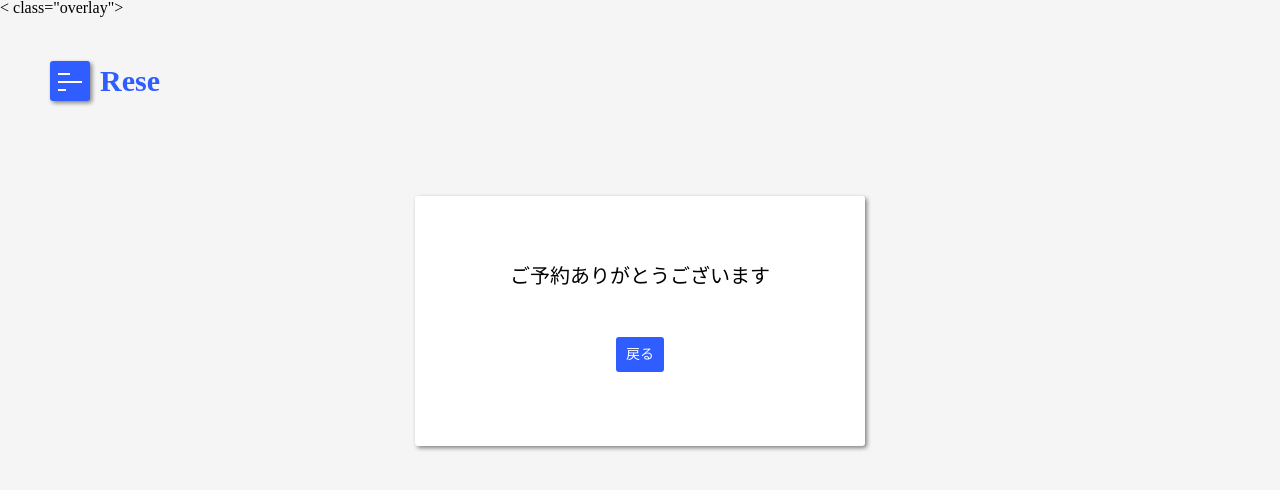
Repository: Haruka-Wada/Rese
Page: http://localhost/done
These files come from the project's save history. The page is drawn as it stood at one moment and after the next save; the edit follows.
The browser window is 1280 px wide. The pictures show the whole page.
The page is served by the project's Laravel application, run on PHP 8.4 with Laravel 8. Other server files are loaded and not shown.

Above is the page before, as saved 2024-10-28 14:34:08.

### src/routes/web.php
<?php

use App\Http\Controllers\ReseController;
use Illuminate\Support\Facades\Route;

/*
|--------------------------------------------------------------------------
| Web Routes
|--------------------------------------------------------------------------
|
| Here is where you can register web routes for your application. These
| routes are loaded by the RouteServiceProvider within a group which
| contains the "web" middleware group. Now create something great!
|
*/

Route::get('/', [ReseController::class, 'index']);
Route::get('/done', [ReseController::class, 'done']);

### src/app/Http/Controllers/ReseController.php
<?php

namespace App\Http\Controllers;

use Illuminate\Http\Request;

class ReseController extends Controller
{
    function index() {
        return view('shop_all');
    }

    function done() {
        return view('done');
    }
}

### src/resources/views/done.blade.php
@extends('layouts.app')

@section('css')
<link rel="stylesheet" href="{{ asset('css/thanks_done.css') }}">
@endsection

@section('main')
<div class="main__container">
    <div class="main__text">
        <p>ご予約ありがとうございます</p>
    </div>
    <div class="main__login">
        <a class="main__login-button" href="./">戻る</a>
    </div>
</div>
@endsection

### src/resources/views/layouts/app.blade.php
<!DOCTYPE html>
<html lang="ja">

<head>
    <meta charset="UTF-8">
    <meta name="viewport" content="width=device-width, initial-scale=1.0">
    <title>Rese</title>
    <link rel="stylesheet" href="{{ asset('css/sanitize.css') }}">
    <link rel="stylesheet" href="{{ asset('css/app.css') }}">
    @yield('css')
    <script src="https://ajax.googleapis.com/ajax/libs/jquery/3.3.1/jquery.min.js"></script>
</head>

<body>
    <header>
        < class="overlay">
            <div class="header">
                <div class="header__hamburger">
                    <span></span>
                    <span></span>
                    <span></span>
                </div>
                <h1 class="header__logo">Rese</h1>
            </div>
        <div class="body_overlay">
            <ul class="hamburger__menu">
                <li><a href="/" class="hamburger__menu-link">HOME</a></li>
                @if(Auth::check())
                <li>
                    <form action="/logout" method="post">
                        @csrf
                        <button class="hamburger__menu-logout">Logout</button>
                    </form>
                </li>
                <li><a href="/" class="hamburger__menu-link">Mypage</a></li>
                @else
                <li><a href="/register" class="hamburger__menu-link registration">Registration</a></li>
                <li><a href="/login" class="hamburger__menu-link">Login</a></li>
                @endif
            </ul>
        </div>
    </header>
    <main>
        @yield('main')
    </main>

    <script type="text/javascript">
        $(function() {
            $('.header__hamburger').click(function() {
                $('.header__hamburger,.hamburger__menu,.header__logo').toggleClass('active');
            });
        });
    </script>
</body>

</html>

### src/public/css/sanitize.css
/*
html5doctor.com Reset Stylesheet
v1.6.1
Last Updated: 2010-09-17
Author: Richard Clark - http://richclarkdesign.com
Twitter: @rich_clark
*/

html,
body,
div,
span,
object,
iframe,
h1,
h2,
h3,
h4,
h5,
h6,
p,
blockquote,
pre,
abbr,
address,
cite,
code,
del,
dfn,
em,
img,
ins,
kbd,
q,
samp,
small,
strong,
sub,
sup,
var,
b,
i,
dl,
dt,
dd,
ol,
ul,
li,
fieldset,
form,
label,
legend,
table,
caption,
tbody,
tfoot,
thead,
tr,
th,
td,
article,
aside,
canvas,
details,
figcaption,
figure,
footer,
header,
hgroup,
menu,
nav,
section,
summary,
time,
mark,
audio,
video {
    margin: 0;
    padding: 0;
    border: 0;
    outline: 0;
    font-size: 100%;
    vertical-align: baseline;
    background: transparent;
}

body {
    line-height: 1;
}

article,
aside,
details,
figcaption,
figure,
footer,
header,
hgroup,
menu,
nav,
section {
    display: block;
}

nav ul {
    list-style: none;
}

blockquote,
q {
    quotes: none;
}

blockquote:before,
blockquote:after,
q:before,
q:after {
    content: '';
    content: none;
}

a {
    margin: 0;
    padding: 0;
    font-size: 100%;
    vertical-align: baseline;
    background: transparent;
}

/* change colours to suit your needs */
ins {
    background-color: #ff9;
    color: #000;
    text-decoration: none;
}

/* change colours to suit your needs */
mark {
    background-color: #ff9;
    color: #000;
    font-style: italic;
    font-weight: bold;
}

del {
    text-decoration: line-through;
}

abbr[title],
dfn[title] {
    border-bottom: 1px dotted;
    cursor: help;
}

table {
    border-collapse: collapse;
    border-spacing: 0;
}

/* change border colour to suit your needs */
hr {
    display: block;
    height: 1px;
    border: 0;
    border-top: 1px solid #cccccc;
    margin: 1em 0;
    padding: 0;
}

input,
select {
    vertical-align: middle;
}

### src/public/css/app.css
body {
    background-color: whitesmoke;
    width: 100vw;
    height: 100vh;
    overflow-x: hidden;
}

.header {
    height: 10%;
    margin: 0 auto;
    display: flex;
    align-items: center;
    padding: 50px;
}

.header__logo {
    color: #305DFF;
    font-size: 30px;
    position: relative;
    left: 50px;
    transition: .5s;
}

.header__hamburger {
    width: 40px;
    height: 40px;
    position: relative;
    position: fixed;
    background-color: #305DFF;
    border-radius: 3px;
    box-shadow: 2px 2px 4px gray;
}

.header__hamburger span {
    position: absolute;
    height: 2px;
    background-color: white;
    transition: .5s;
}

.header__hamburger span:first-of-type {
    width: 30%;
    top: 30%;
    left: 20%;
}

.header__hamburger span:nth-of-type(2) {
    width: 60%;
    top: 50%;
    left: 20%;
}

.header__hamburger span:last-of-type {
    width: 20%;
    top: 70%;
    left: 20%;
}

.hamburger__menu {
    background-color: white;
    width: 100%;
    padding: 100px 0;
    position: fixed;
    top: 130px;
    left: 0;
    transform: translateX(-100%);
    transition: .5s;
}

.hamburger__menu li {
    text-align: center;
    list-style: none;
    line-height: 300%;
}

.hamburger__menu-link {
    color: #305DFF;
    font-size: 25px;
    text-decoration: none;
    font-weight: 550;
}

.hamburger__menu-logout {
    border: none;
    outline: none;
    background-color: white;
    color: #305DFF;
    font-size: 25px;
    margin: 20px;
}

.registration {
    display: block;
    margin: 20px;
}

.header__hamburger.active span:first-of-type {
    top: 50%;
    width: 60%;
    transform: rotate(45deg);
}

.header__hamburger.active span:nth-of-type(2) {
    opacity: 0;
}

.header__hamburger.active span:last-of-type {
    top: 50%;
    width: 60%;
    transform: rotate(-45deg);
}

.hamburger__menu.active {
    transform: translateX(0);
    z-index: 1;
}

.overlay {
    background-color: white;
    position: absolute;
    top: 0;
    left: 0;
    display: block;
    width: 100%;
    height: 100%;
    transform: translateX(-100%);
    transition: .5s;
}

.overlay.active {
    transform: translateX(0);
}

.header__logo.active {
    visibility: hidden;
}

### src/public/css/thanks_done.css
.main__container {
    width: 450px;
    height: 250px;
    margin: 50px auto;
    background-color: white;
    border-radius: 3px;
    box-shadow: 2px 2px 4px gray;
}

.main__text {
    text-align: center;
    font-size: 20px;
    padding: 70px 0 60px;
}

.main__login {
    text-align: center;
}

.main__login-button {
    text-decoration: none;
    background-color: #305DFF;
    color: white;
    padding: 10px;
    border-radius: 3px;
    font-size: 14px;
}

Loaded but not shown: src/app/Http/Controllers/Controller.php (common file)

After the next save:
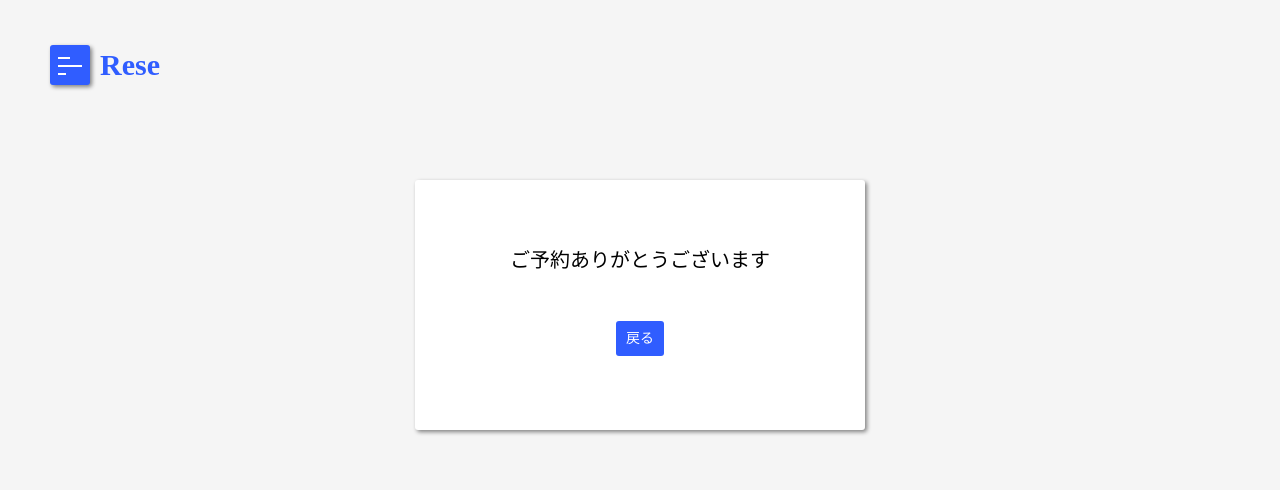
Saved 6 s later.
--- a/src/resources/views/layouts/app.blade.php
+++ b/src/resources/views/layouts/app.blade.php
@@ -13,7 +13,6 @@
 
 <body>
     <header>
-        < class="overlay">
             <div class="header">
                 <div class="header__hamburger">
                     <span></span>
